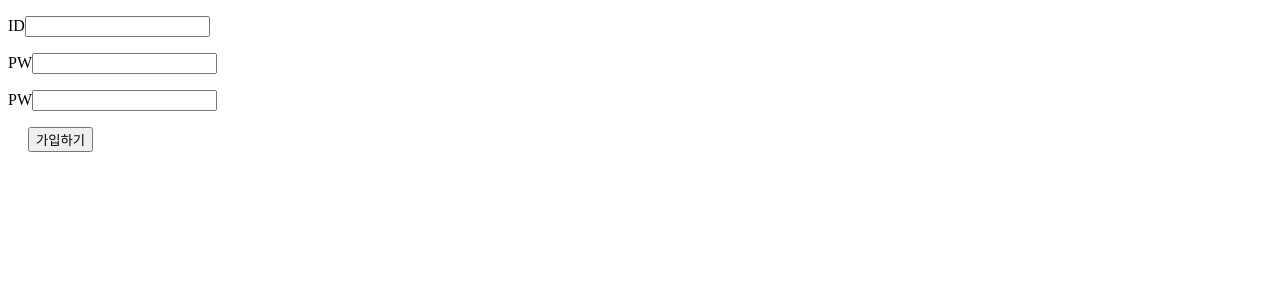
Repository: YERIN0531/SEOYERIN_WEBPRO
Page: gitSource/07_jQuery/jq01/WebContent/11_keyup_submit.html
The author's editor kept a copy of each file at every save. The page is drawn from the files as they stood at one save, then again after the next save.
The browser window is 1280 px wide. The pictures show the whole page.

Above is the page before, as saved 2022-06-21 05:15:25.

After the next save:
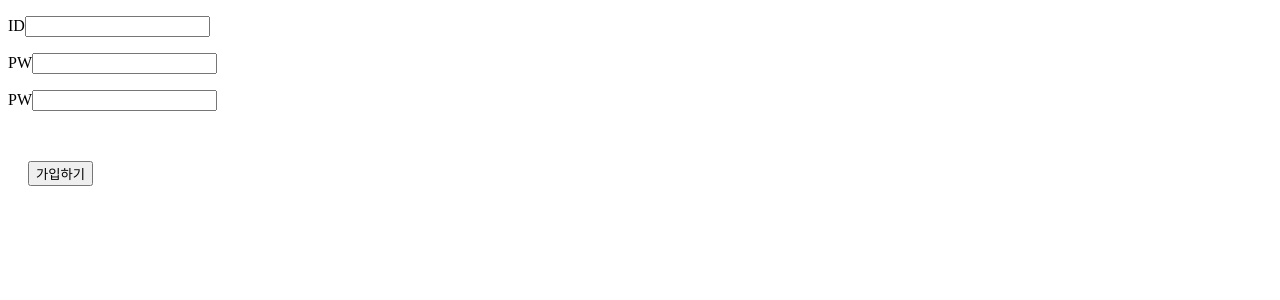
Saved 17 s later.
--- a/gitSource/07_jQuery/jq01/WebContent/11_keyup_submit.html
+++ b/gitSource/07_jQuery/jq01/WebContent/11_keyup_submit.html
@@ -20,7 +20,7 @@ p:last-child {
 	<p>ID<input type="text" name="id"></p>
 	<p>PW<input type="text" name="pw"></p>
 	<p>PW<input type="text" name="pwChk"></p>
-	<p class="result"></p>
+	<p class="result"> &nbsp; &nbsp; </p>
 	<p><input type="submit" value="가입하기"></p>
 </form>
 </body>
